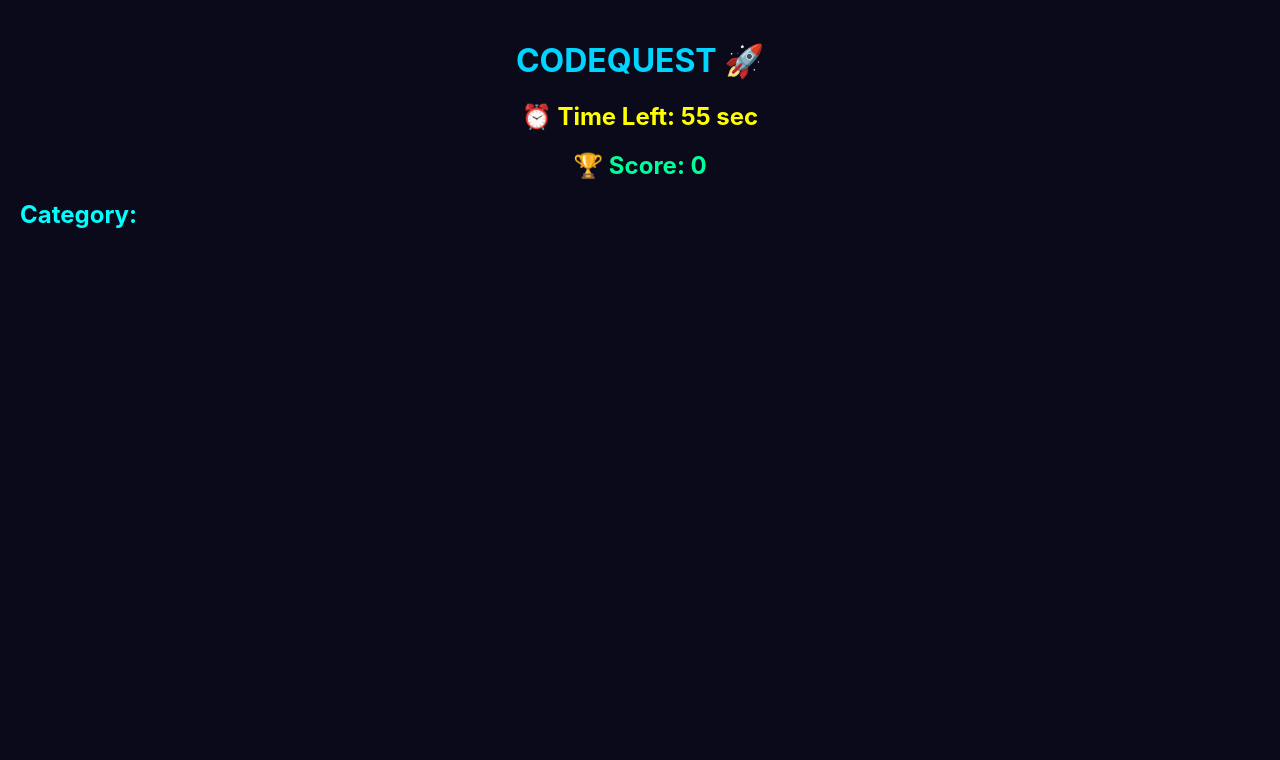
Repository: Dhanusri-maker/CodeQuest-v2
Page: /questionPage (app in server/client/)
An editor plug-in stored every save of this project. The page is shown before and after the next save, followed by the edit.
The browser window is 1280 px wide. The pictures show the whole page.
The page's requests for data from a server got no answer. The project was rebuilt for these pictures with package versions that can differ from the ones it lists, and the page was loaded fresh each time. No one was signed in, and anything a server would have sent is missing. Also part of the build but not shown: server/client/src/components/Login.jsx, server/client/src/components/Category.jsx, server/client/src/components/Questions.jsx, server/client/src/components/Dashboard.jsx, server/client/src/components/Leaderboard.jsx.

Above is the page before, as saved 2026-05-28 11:01:56.

After the next save:
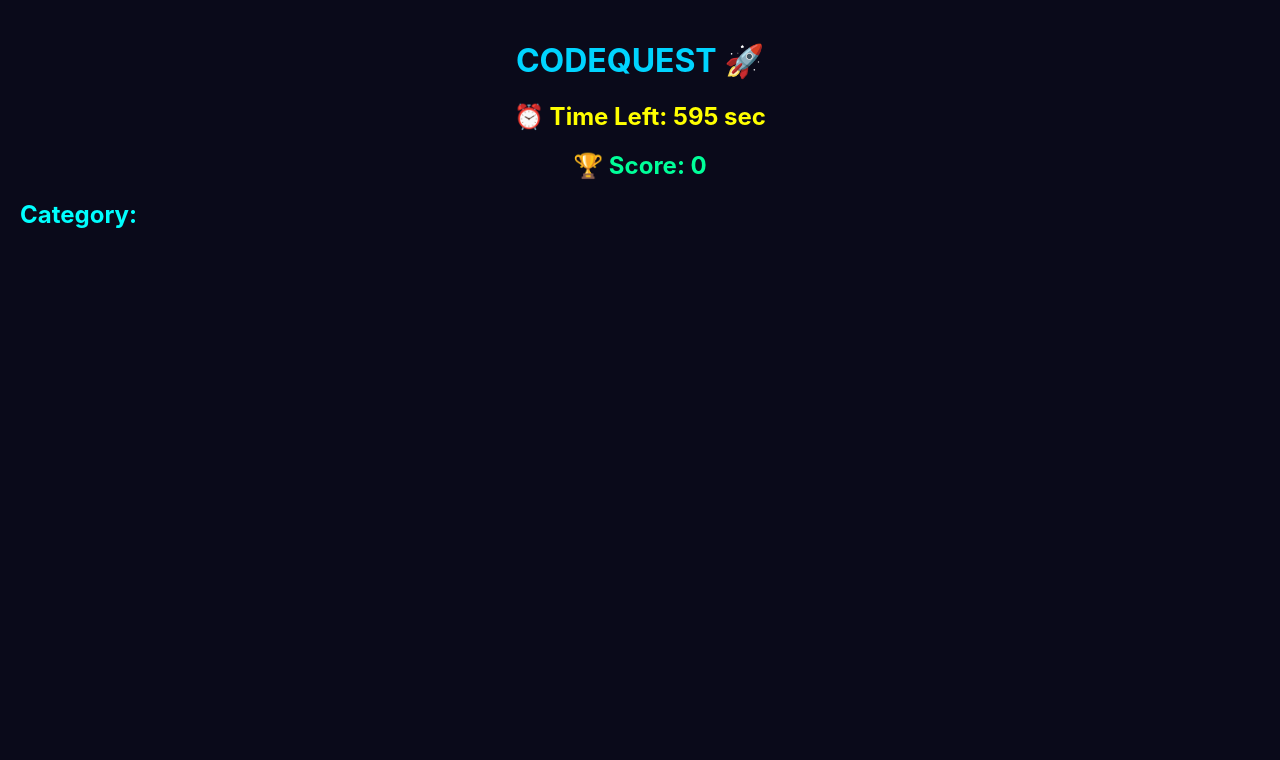
Saved 2 min 18 s later.
--- a/server/client/src/components/QuestionPage.jsx
+++ b/server/client/src/components/QuestionPage.jsx
@@ -10,7 +10,7 @@
 
     const [output, setOutput] = useState('');
 
-    const [timeLeft, setTimeLeft] = useState(60);
+    const [timeLeft, setTimeLeft] = useState(600);
 
     const [score, setScore] = useState(0);
 
